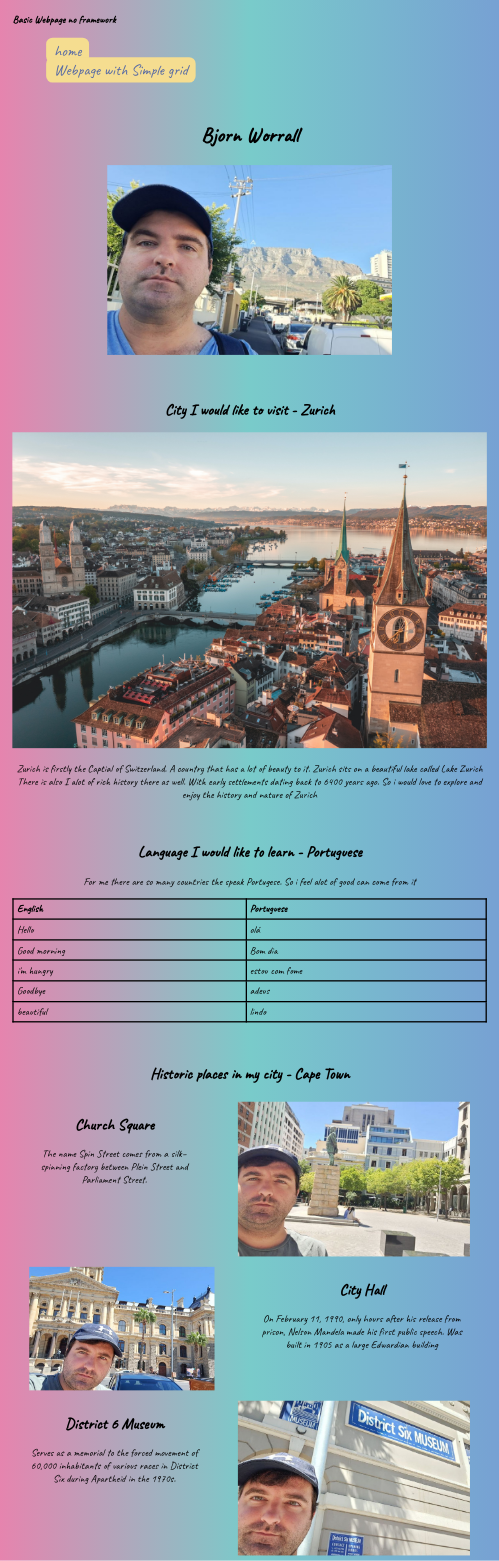
Repository: lasity34/basic-webpage
Page: my - webpage.html
An editor plug-in stored every save of this project. The page is shown before and after the next save, followed by the edit.
The browser window is 768 px wide. The pictures show the whole page, at 65% of full size.

Above is the page before, as saved 2023-03-08 10:07:50.

After the next save:
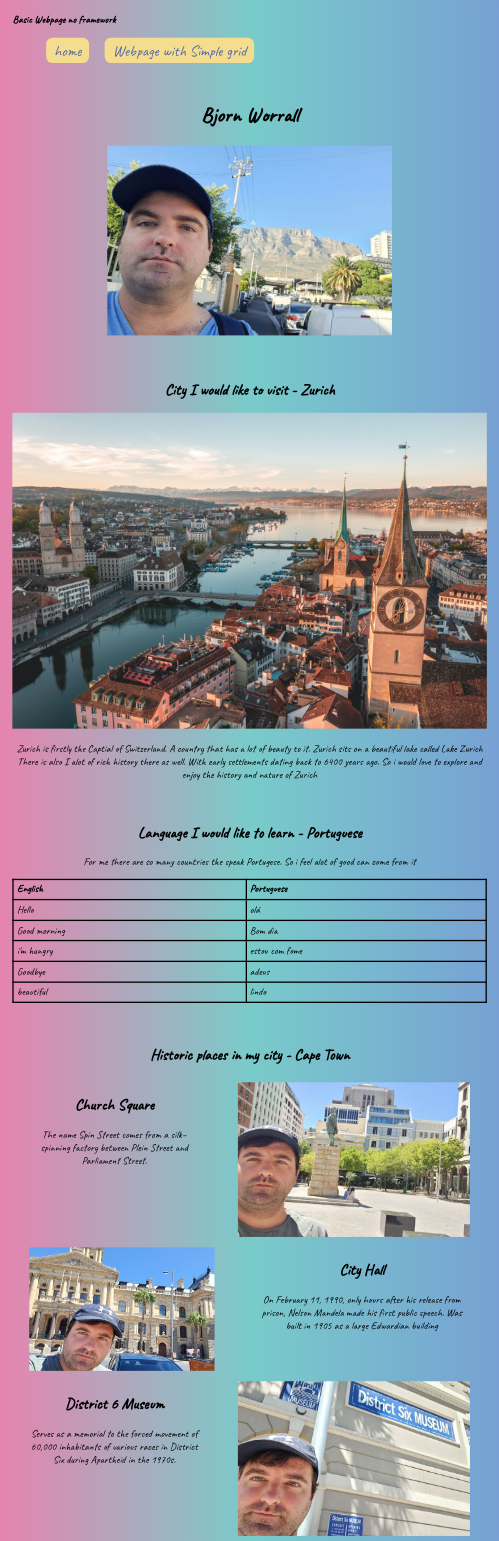
Saved 2 min 43 s later.
--- a/styles.css
+++ b/styles.css
@@ -134,6 +134,12 @@ th {
 
   #nav_profile h4 {
     text-align: center;
+  }
+}
+
+@media (max-width: 1009px) {
+  #nav_profile ul {
+    display: flex;
   }
 }
 
